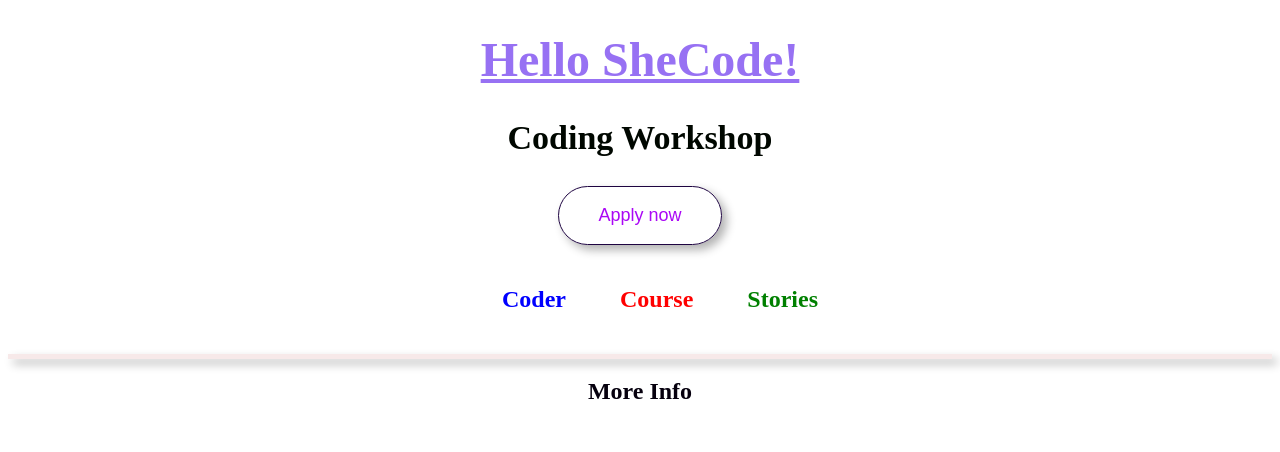
Repository: VickyJacob23/SheCode
Page: firstCode/index.html
These files come from the project's save history. The page is drawn as it stood at one moment and after the next save; the edit follows.
The browser window is 1280 px wide. The pictures show the part of the page from y = 0 to 452 px (the page is 872 px tall).
Pictures or frames that could not be fetched are drawn as grey boxes.

Above is the page before, as saved 2024-08-26 20:28:47.
Not found: firstCode/style.css

### firstCode/index.html
<!DOCTYPE html>
<html lang="en">
<head>
    <meta charset="UTF-8">
    <meta name="viewport" content="width=device-width, initial-scale=1.0">
    <link rel="stylesheet" href="style.css">
    <title>Week 1</title>
    <style>
        h1 {
        color: #9771F3;
        font-size: 48px;
        font-family: 'Times New Roman', Times, serif;
        font-weight: 200;
        text-decoration: underline;
        text-align: center;
        }
         .subheading{
            color:rgb(0, 7, 0);
            text-align: center;
            font-size: 34px;
        }
        .blue a{
            color: blue;
        }
        .red a{
            color: red;
        }
        .green a{
            color: green;
        }

        .subtitle{
            color: #06000e;
            font-size: 24px;
            font-weight: bold;
            text-align: center;
        }
        img{
            display: block;
            margin: 0 auto;
        }
        .btn{
            border: 0.1em solid #1e0441;
            padding:1em;
            width: 13%;
            margin: 0 auto;
            display: block;
            font-size: 18px;
            font-weight: 500;
            color:#aa08f5;
            text-align: center;
            border-radius: 40px;
            box-shadow:5px 5px 10px rgba(0, 0, 0, 0.3);
            background:transparent;
            transition: all 0.3s ease-in-out;
        }
        .btn:hover{
            background-color: #aa08f5;
            color: white;
            cursor: pointer;
        }
        ul{
            list-style: none;
            display: block;
            text-align: center;
        }
        li{
            padding: 25px;
            display: inline-block;
            font-size: 24px;
            font-weight: 600;
            margin: 0 auto;
        }
        li a{
                text-decoration: none;
        }
        li a:hover{
            text-decoration: underline;
        }
        hr{
            border: 0;
            height: 5px;
            background-color: #f7e9e9;
            margin: 0;
            box-shadow:5px 5px 10px rgba(0, 0, 0, 0.3);

        }
    </style>
</head>
<body>
   <h1> <strong>Hello SheCode!</strong> </h1>
   <h2 class="subheading"><strong>Coding Workshop</strong></h2>
   <button class ="btn">Apply now</button>
   <ul>
   <li class ="blue"><a href ="https://www.shecodes.io/students">Coder</a></li>
   <li class="red"><a href ="https://www.shecodes.io/workshops">Course </a></li>
   <li class="green"><a href="https://www.shecodes.io/stories ">Stories</a></li>
   </ul>
   <hr>
   <h2 class="subtitle"><strong>More Info </strong><h2><br>
   <img src ="https://encrypted-tbn0.gstatic.com/images?q=tbn:ANd9GcTrV5A29ha7q8O2hQS1jDZrfVgzSeF8vFF2UA&s" alt="A woman coding" width="400" height="400">
</body>
</html>

After the next save:
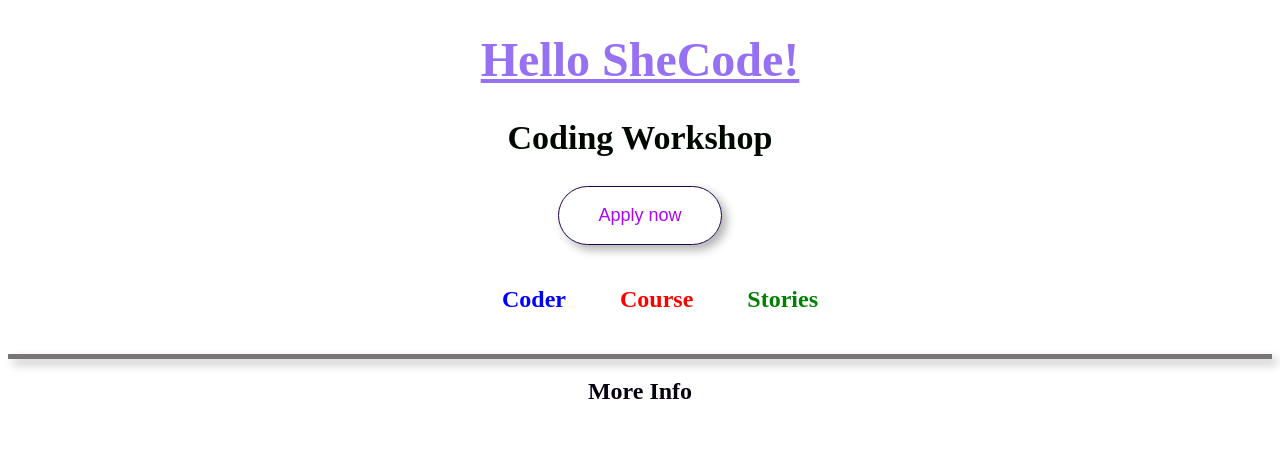
Saved 19 s later.
--- a/firstCode/index.html
+++ b/firstCode/index.html
@@ -80,7 +80,7 @@
         hr{
             border: 0;
             height: 5px;
-            background-color: #f7e9e9;
+            background-color: #777575;
             margin: 0;
             box-shadow:5px 5px 10px rgba(0, 0, 0, 0.3);
 
